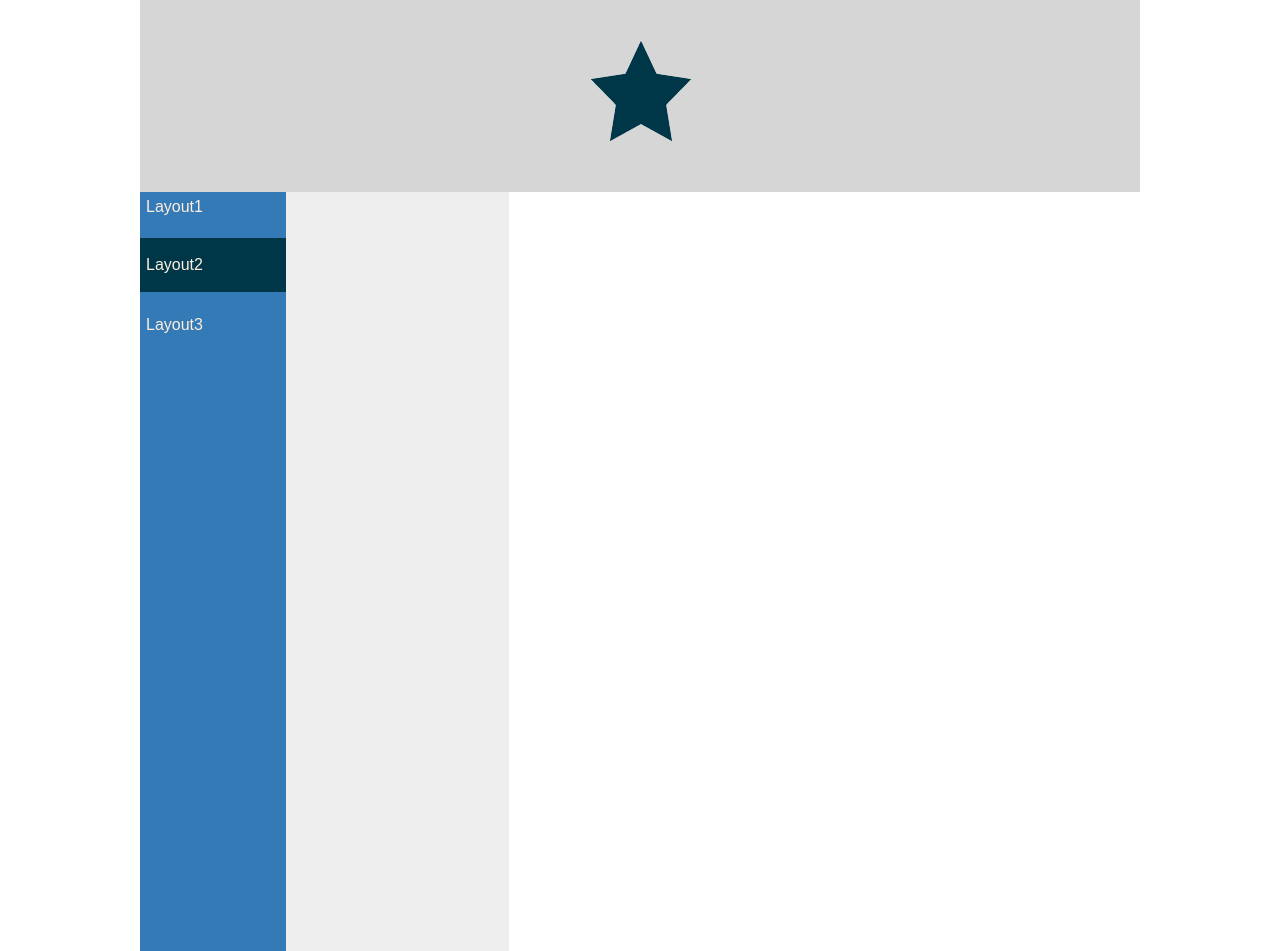
Repository: baliayassin/MyGame
Page: Documents/Aptana Studio 3 Workspace/homeWork2/layOut2.html
The author's editor kept a copy of each file at every save. The page is drawn from the files as they stood at one save, then again after the next save.
The browser window is 1280 px wide. The pictures show the whole page.

Above is the page before, as saved 2017-11-29 12:43:42.

### Documents/Aptana Studio 3 Workspace/homeWork2/layOut2.html
<!DOCTYPE html>
<html>

	<html>
	<head>

		<title> HomeWork2</title>
		<link rel="stylesheet" href="includes/style.css" />
		<meta charset="utf-8" />
	</head>


	<body id="wrapper2">
<main>
		<header>
	       <a href="layOut2.html"> </a>
        </header>
    <nav>
    		<ul>
					<li> <a href="index.html">Layout1 </a> </li>
					<li> <span><a href="layOut2.html">Layout2 </a> </span></li>
					<li><a href="#">Layout3 </a> </li>

				</ul>

    </nav>

    <aside>
    	<article></article>
    	</aside>

		</main>


		<footer>


			</footer>



	</body>


</html>

### Documents/Aptana Studio 3 Workspace/homeWork2/includes/style.css
*{
	margin:0px;
	padding: 0px;
}

main, nav, aside, footer, section, article, header {
	display:  block;

	/*border: 1px solid black;*/
}

#wrapper {
	margin: 0px auto;
	width: 1000px;
}
#wrapper header{

	height:192px;
	background: #d6d6d6;

}

#wrapper header a{

	width:102px;
	height:102px;
	background-image:url("../images/star.png");
	position:relative;
	display:block;
	margin:0px auto;
	top: 40px;
    background-repeat: no-repeat;


}


#wrapper nav {

	height: 62px;
	background: #337AB7;

}

#wrapper nav ul{

	list-style-type: none;
	text-decoration: none;
	margin-left: 45px;

}

#wrapper nav ul li{

	float:left;

}

#wrapper nav a{

	display: inline-block;
	text-decoration: none;
	color: #ffeedd;
	font-family: Arial;



}

#wrapper nav span a{

	background:#003748;
	margin:10px auto;
	padding:12px 90px;


}
#wrapper nav li > a{

	margin:20px 85px;

}
#wrapper section{
	direction:rtl;
	display: inline-block;
	margin-top: 100px;
	vertical-align: top;


}
#wrapper section article{

	display:block;
	background: #62C462;
	margin-right: 25px;
	margin-left: 32px;
	margin-top: 30px;
}

#wrapper section article:first-child{

	height:121px;
	width:699px;


}
#wrapper section article:nth-child(2){

	height: 200px;
	width: 699px;


}
#wrapper section article:nth-child(3){

	height: 125px;
	width: 186px;


}

#wrapper aside{

	background: #EEEEEE;
	height: 697px;
	width: 240px;
	display: inline-block;

}

#wrapper aside article{

	background: #62C462;
	width:185px;
	height:126px;
	position: relative;
	margin-top: 264px;
	margin-left: 45px;


}

#wrapper footer{

	height:52px;
	background: #D6D6D6;
	margin-top:-4px;

}










#wrapper2 {
	margin: 0px auto;
	width: 1000px;
}
#wrapper2 header{

	height:192px;
	background: #d6d6d6;

}

#wrapper2 header a{

	width:102px;
	height:102px;
	background-image:url("../images/star.png");
	position:relative;
	display:block;
	margin:0px auto;
    top: 40px;
    background-repeat: no-repeat;


}


#wrapper2 nav {

	width:146px;
	height: 759px;
	background: #337AB7;
    float:left;
    display: inline-block;
}




#wrapper2 nav ul {
	list-style-type: none;
}

#wrapper2 nav a{
	display: inline-block;
	text-decoration: none;
	color: #ffeedd;
	font-family: "Arial";
}

#wrapper2 nav li > a{
	margin-top: 6px;
	margin-bottom: 22px;
	margin-left: 6px;
}

#wrapper2 nav span a{
	background-color: #003748;
	padding-top: 18px;
	margin-bottom: 18px;
	padding-bottom: 18px;
	padding-left: 6px;
	width: 140px;
}


#wrapper2 aside{

	float:left;
	background-color: #eeeeee;
	width: 223px;
	height: 759px;
}

#wrapper aside article{

    position: relative;
	background-color: #62c462;
	margin-left: 11px;
	top: 262px;
	width: 79px;
	height: 68px;


}

After the next save:
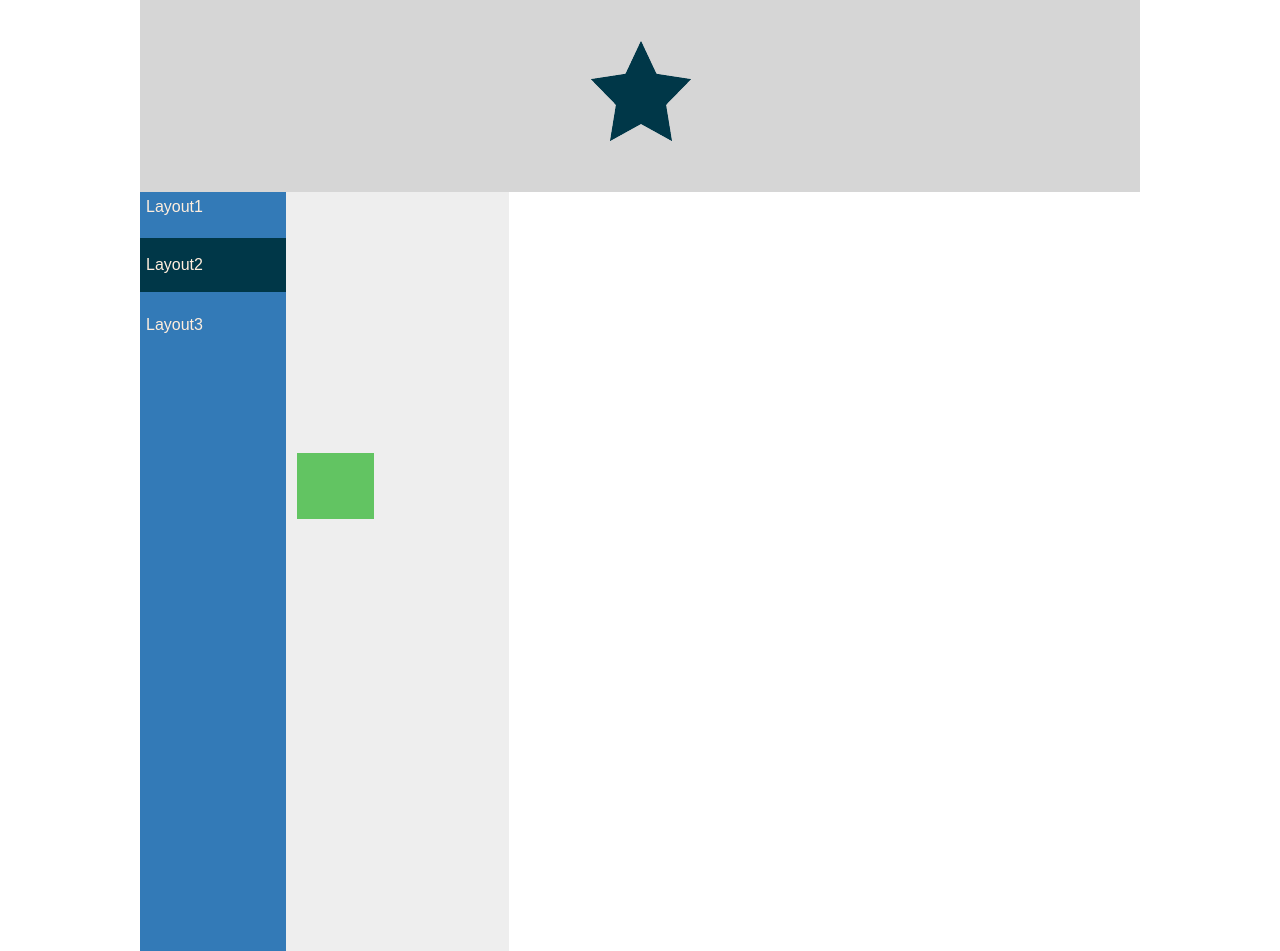
Saved 32 s later.
--- a/Documents/Aptana Studio 3 Workspace/homeWork2/includes/style.css
+++ b/Documents/Aptana Studio 3 Workspace/homeWork2/includes/style.css
@@ -230,14 +230,14 @@ main, nav, aside, footer, section, article, header {
 	height: 759px;
 }
 
-#wrapper aside article{
-
-    position: relative;
-	background-color: #62c462;
+#wrapper2 aside article{
+
+	background: #62C462;
+	width:77px;
+	height:66px;
+	position: relative;
+	margin-top: 261px;
 	margin-left: 11px;
-	top: 262px;
-	width: 79px;
-	height: 68px;
-
-
-}
+
+
+}
